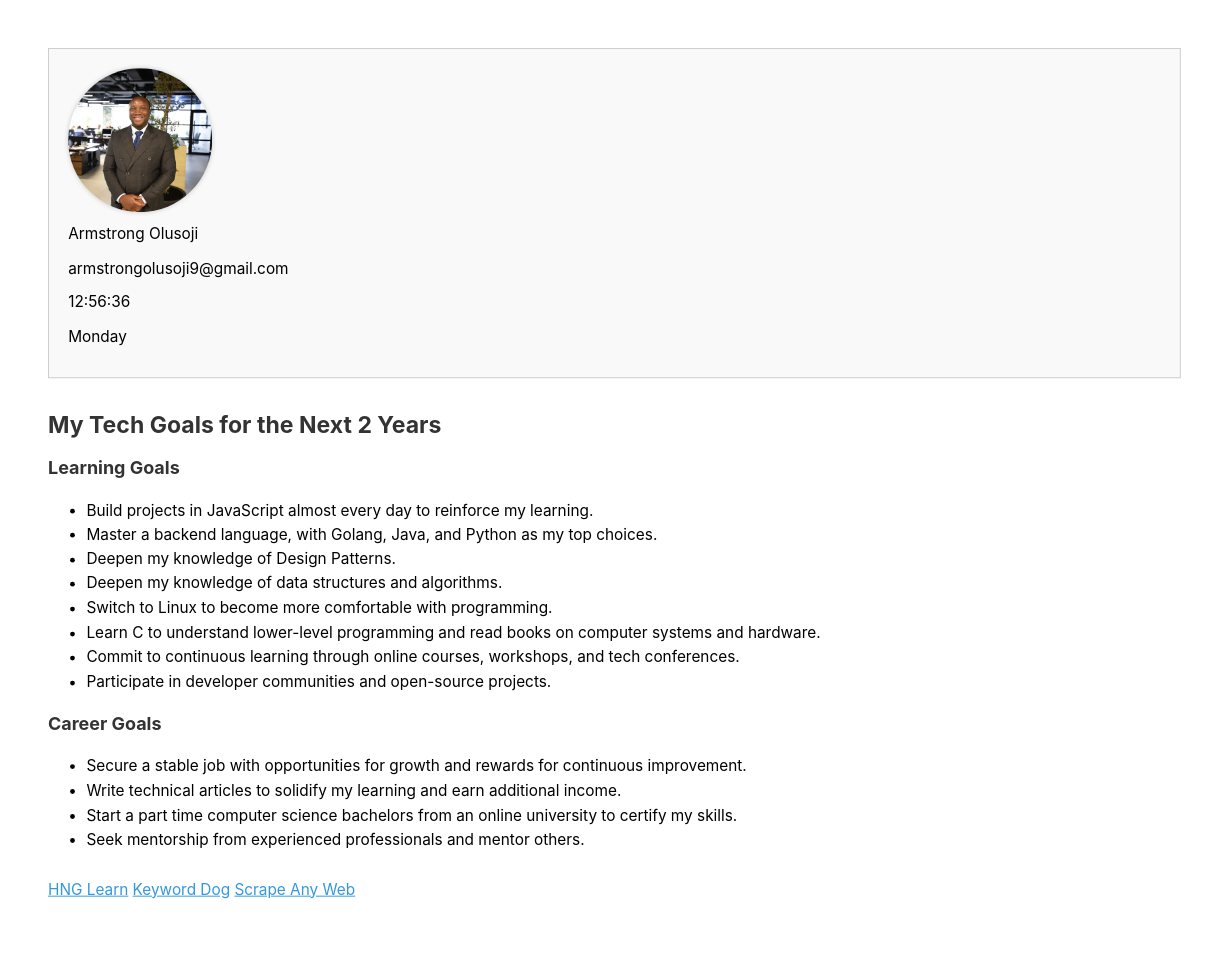
Repository: Armstrong2035/hng-project-one
Page: index.html
The author's editor kept a copy of each file at every save. The page is drawn from the files as they stood at one save, then again after the next save.
The browser window is 1280 px wide. The pictures show the whole page, at 96% of full size.

Above is the page before, as saved 2024-07-01 17:30:37.

### index.html
<!DOCTYPE html>
<html>
  <head>
    <meta charset="utf-8" />
    <meta name="viewport" content="width=device-width" />
    <title>Armstrong Olusoji's Goals</title>
    <link href="style.css" rel="stylesheet" type="text/css" />
    <script src="script.js" defer></script>
  </head>
  <body>
    <div id="container">
      <div class="profile-card">
        <div class="profile-picture">
          <img
            src="Headshot.jpg"
            alt="Profile Picture"
            class="headshot"
            data-testid="slackProfilePicture"
          />
        </div>
        <div class="display-information">
          <p data-testid="slackDisplayName">Armstrong Olusoji</p>
          <p data-testid="slackEmail">armstrongolusoji9@gmail.com</p>
          <p data-testid="currentTimeUTC" id="current-time">Loading...</p>
          <p data-testid="currentDay" id="current-day">Loading...</p>
        </div>
      </div>

      <section id="my-goals">
        <h2>My Tech Goals for the Next 2 Years</h2>
        <div class="learning-goals">
          <h3>Learning Goals</h3>
          <ul>
            <li>
              Build projects in JavaScript almost every day to reinforce my
              learning.
            </li>
            <li>
              Master a backend language, with Golang, Java, and Python as my top
              choices.
            </li>
            <li>Deepen my knowledge of Design Patterns.</li>
            <li>Deepen my knowledge of data structures and algorithms.</li>
            <li>
              Switch to Linux to become more comfortable with programming.
            </li>
            <li>
              Learn C to understand lower-level programming and read books on
              computer systems and hardware.
            </li>
            <li>
              Commit to continuous learning through online courses, workshops,
              and tech conferences.
            </li>
            <li>
              Participate in developer communities and open-source projects.
            </li>
          </ul>
        </div>
        <div class="career-goals">
          <h3>Career Goals</h3>
          <ul>
            <li>
              Secure a stable job with opportunities for growth and rewards for
              continuous improvement.
            </li>
            <li>
              Write technical articles to solidify my learning and earn
              additional income.
            </li>
            <li>
              Start a part time computer science bachelors from an online
              university to certify my skills.
            </li>
            <li>
              Seek mentorship from experienced professionals and mentor others.
            </li>
          </ul>
        </div>
      </section>

      <section>
        <a href="https://hng.tech/learn" data-testid="hngLink">HNG Learn</a>
        <a href="https://keyword.dog" data-testid="keywordLink">Keyword Dog</a>
        <a href="https://scrapeanyweb.site" data-testid="scrapeanywebLink"
          >Scrape Any Web</a
        >
      </section>
    </div>
  </body>
</html>

### style.css
body {
  font-family: inter;
  line-height: 1.6;
  margin: 0;
  padding: 0;
  /* background: linear-gradient(to bottom right, #3498db, #2ecc71); */
}

#container {
  margin: 0 auto;
  padding: 50px;
  background-color: #fff;
  display: flex;
  flex-direction: column;
}

.profile-card {
  margin-bottom: 1.25rem;
  display: flex;
  flex-direction: column;
  align-items: flex-start;
  border: 1px solid #ccc;
  padding: 20px 20px;
  background-color: #f9f9f9;
}

.profile-picture {
  height: 9.375rem;
  width: 9.375rem;
  border-radius: 50%;
  overflow: hidden;
  align-self: flex-start;
  box-shadow: 0 0 5px rgba(0, 0, 0, 0.2);
}

.profile-picture .headshot {
  height: 100%;
  width: 100%;
  object-fit: cover;
}

.display-information p {
  margin: 0.625rem 0;
}

h2,
h3 {
  margin: 10px 0;
  color: #333;
}

a {
  display: inline-block;
  margin: 10px 0;
  color: #3498db;
}
@media (min-width: 600px) {
  main {
    max-width: 600px;
    margin: 0 auto;
  }
}

### script.js
function updateTime() {
  const now = new Date();
  const utcTime = now.toISOString().slice(11, 19);
  const day = now.toLocaleDateString("en-US", { weekday: "long" });
  document.getElementById("current-time").textContent = ` ${utcTime}`;
  document.getElementById("current-day").textContent = ` ${day}`;
}

setInterval(updateTime, 1000);
updateTime();

After the next save:
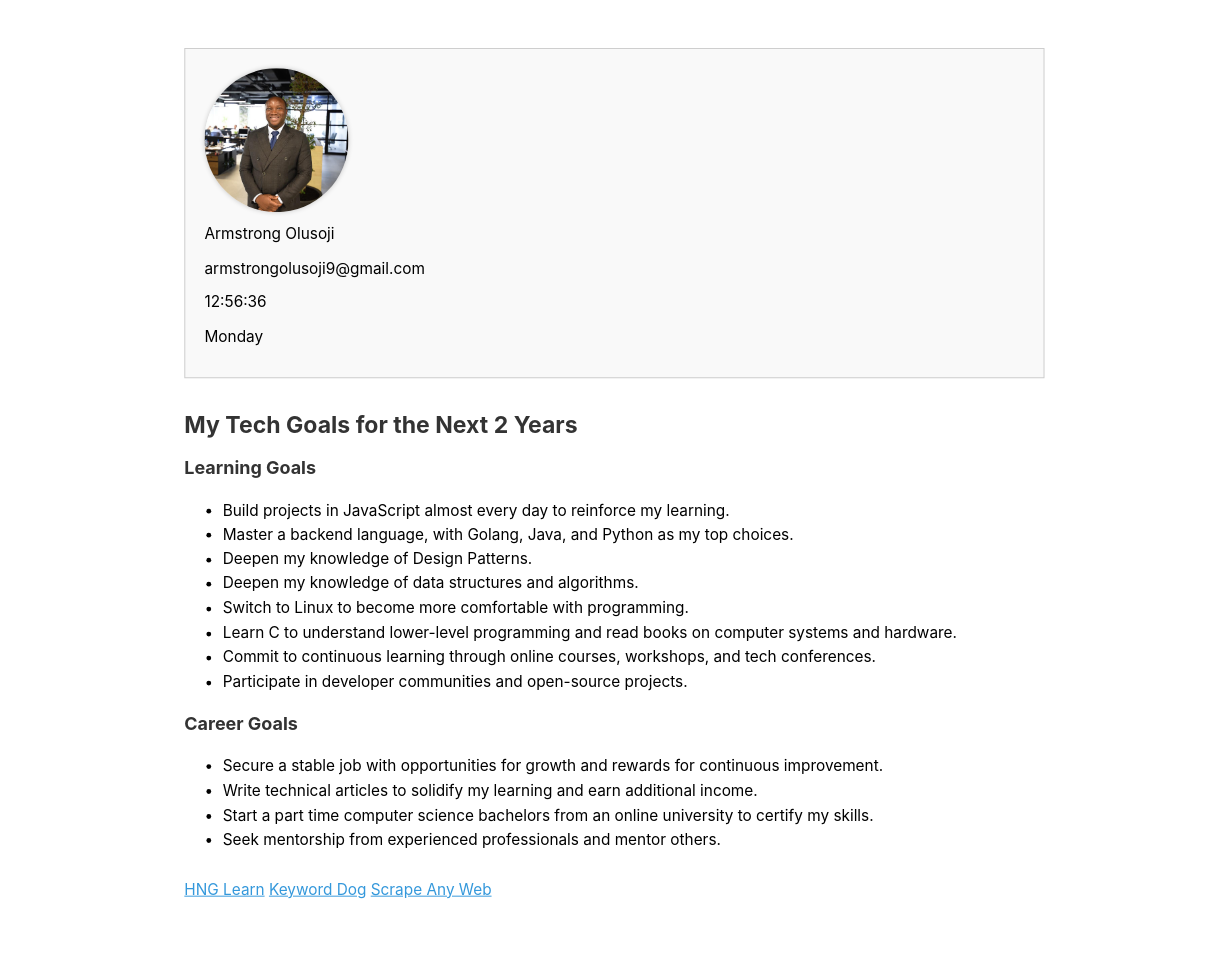
Saved 29 s later.
--- a/style.css
+++ b/style.css
@@ -8,6 +8,7 @@ body {
 
 #container {
   margin: 0 auto;
+  max-width: 70%;
   padding: 50px;
   background-color: #fff;
   display: flex;
